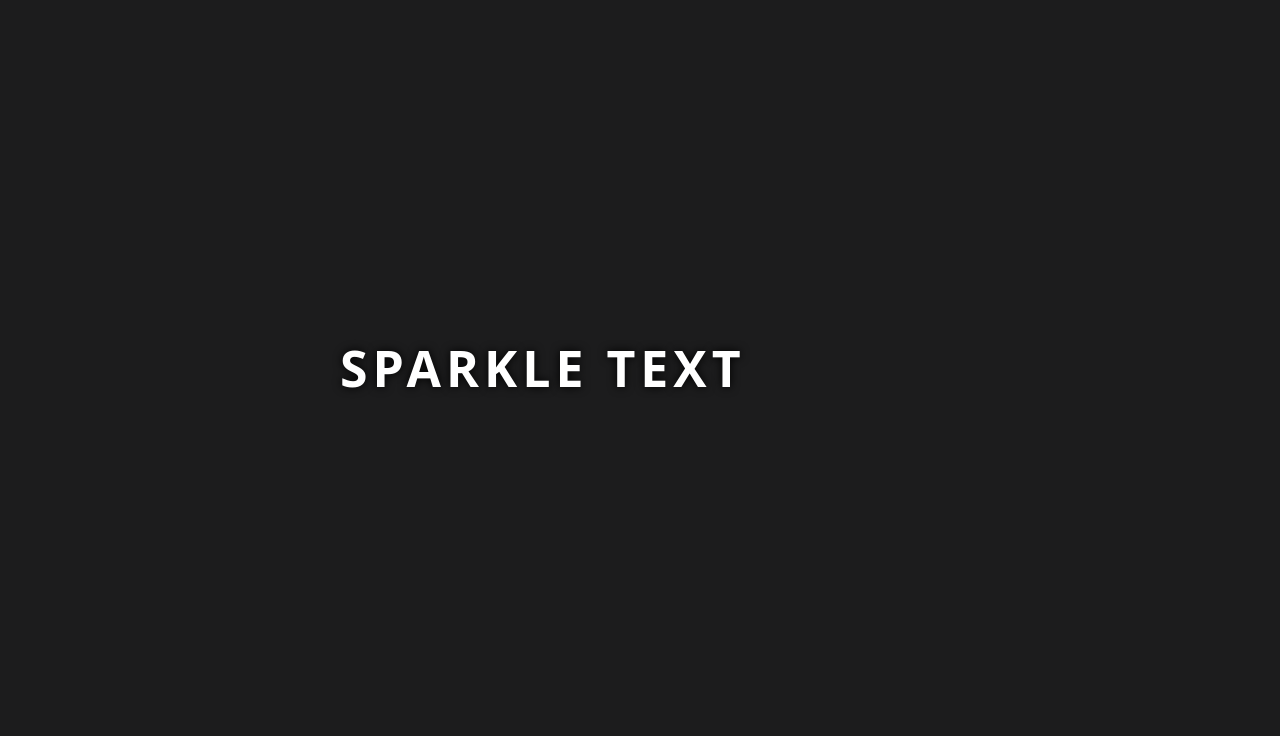
Repository: light607/effiweb
Page: index.html
An editor plug-in stored every save of this project. The page is shown before and after a run of saves, followed by the edit.
The browser window is 1280 px wide. The pictures show the whole page.

Above is the page before, as saved 2024-09-26 18:51:30.

After the next 3 saves:
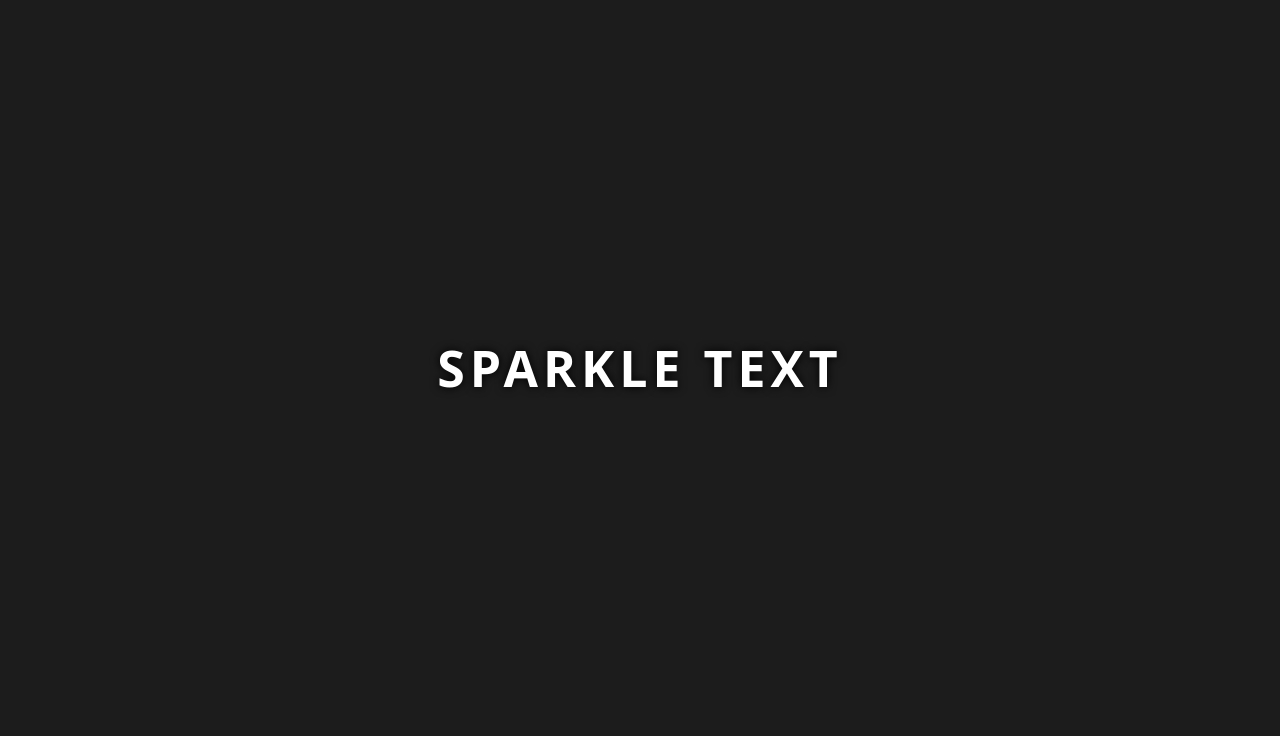
The 3 saves are shown as one change because they came seconds apart.
The last was saved 13 s later.
--- a/styles.css
+++ b/styles.css
@@ -22,5 +22,6 @@ body{
     color: white;
     line-height: var(--text-height);
     height:var(var(--text-height));
-
+text-align: center;
+fon
 }
